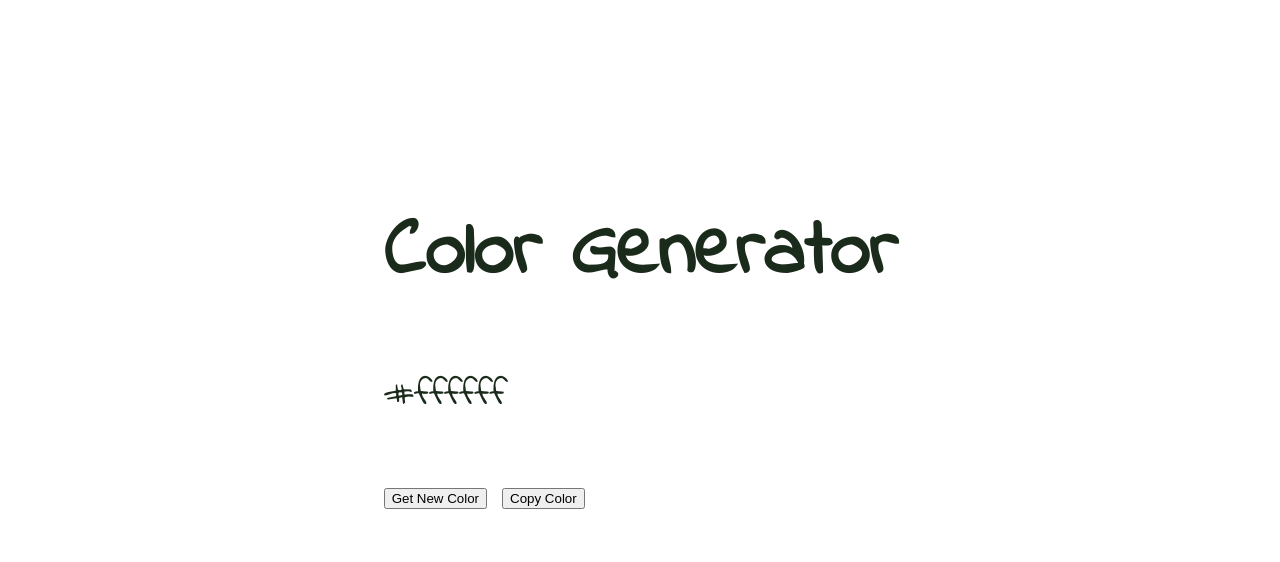
Repository: codimis/JSB-01-Color-Changer
Page: index.html
These files come from the project's save history. The page is drawn as it stood at one moment and after the next save; the edit follows.
The browser window is 1280 px wide. The pictures show the whole page.

Above is the page before, as saved 2021-09-17 01:37:16.

### index.html
<!DOCTYPE html>
<html lang="en">
<head>
    <meta charset="UTF-8">
    <meta http-equiv="X-UA-Compatible" content="IE=edge">
    <meta name="viewport" content="width=device-width, initial-scale=1.0">
    <title>Color Generator</title>
    <link rel="stylesheet" href="style.css" />
    <script defer src="color.js"></script>
</head>
<body>
    <div class="container">
        <h1>Color Generator</h1>
        <p id="currentColor">#ffffff</p>
        <button id="pickColor" onclick="setColor()">Get New Color</button>
        <button id="copyColor" onclick="copyColor()">Copy Color</button></div>
</body>
</html>

### style.css
@import url('https://fonts.googleapis.com/css2?family=Indie+Flower&display=swap');

:root {
    --color-dark: #1b2b1b;
    --color-light: #efefef;
}

body {
    font-family: "Indie Flower", sans-serif;
    color: var(--color-dark);
    display: grid;
    place-items: center;
    min-height: 90vh;
    min-width: 90vw;
    font-size: 2.5rem;
}

.container {

}

Loaded but not shown: color.js (no stored copy; drawn as an empty file)

After the next save:
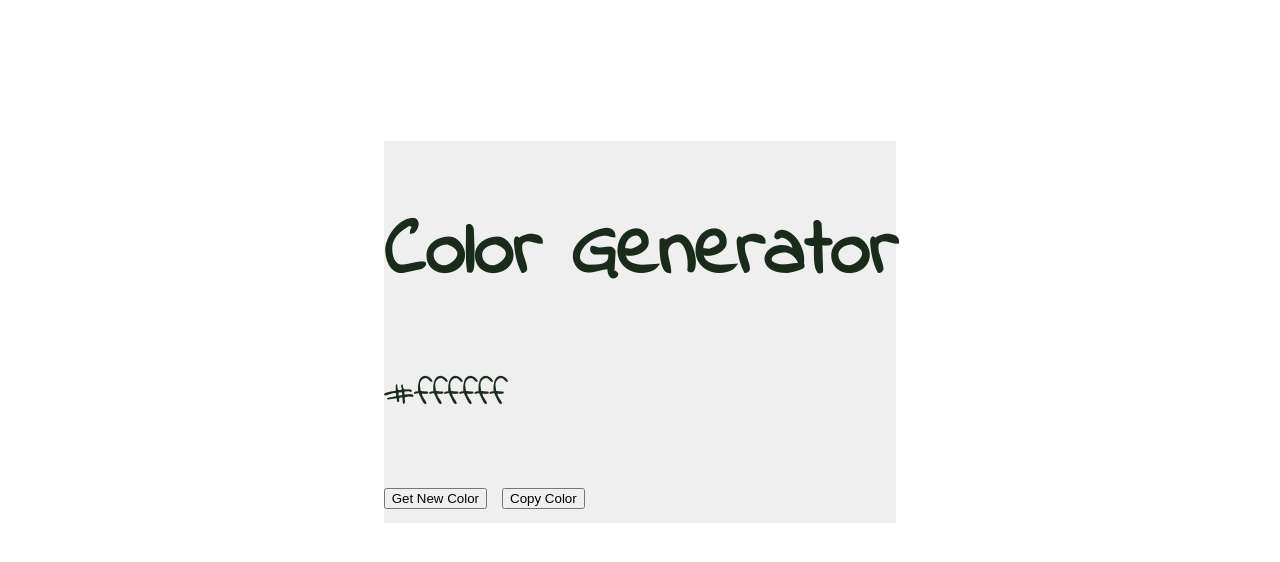
Saved 15 s later.
--- a/style.css
+++ b/style.css
@@ -16,5 +16,6 @@
 }
 
 .container {
+    background-color: var(--color-light);
 
 }
